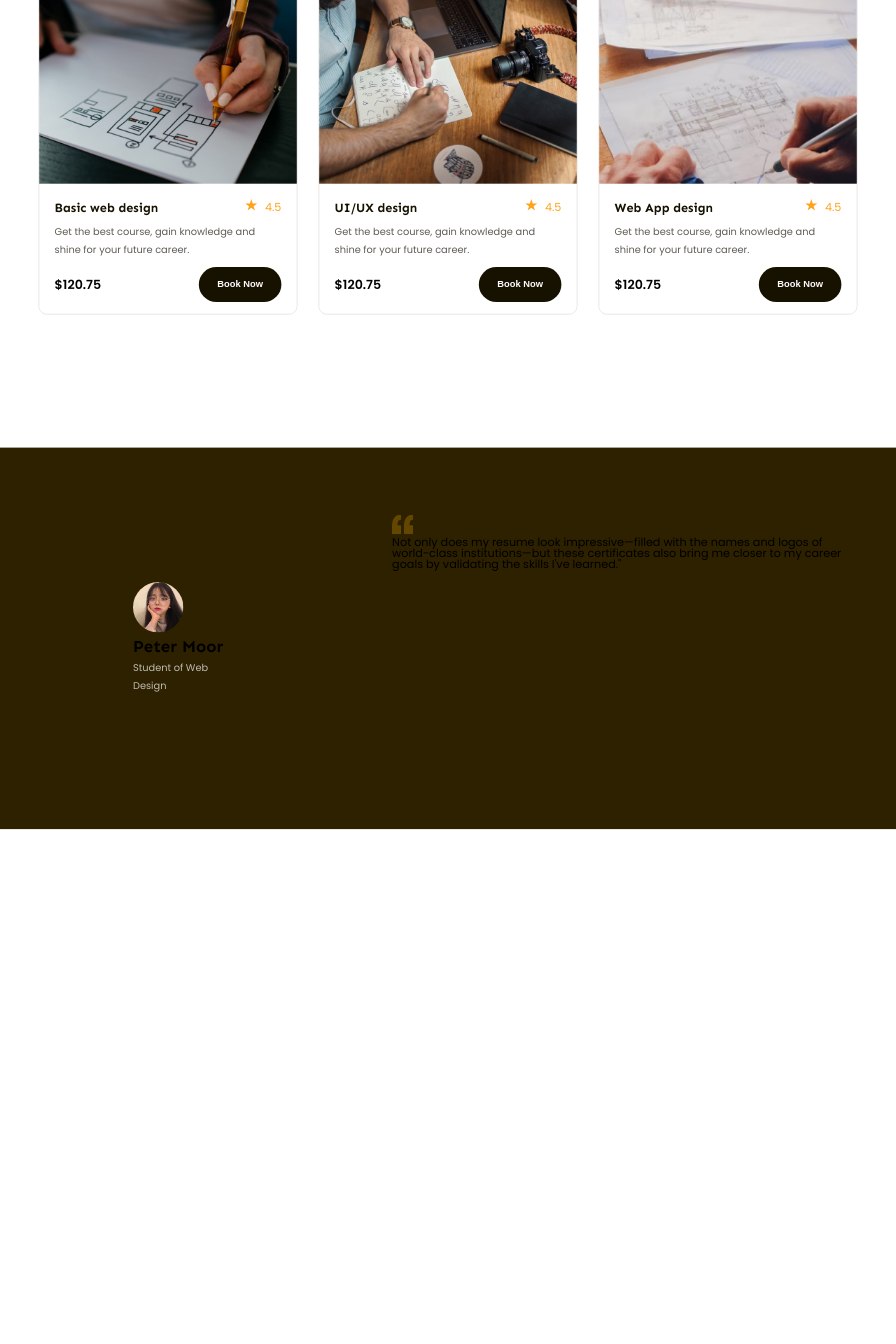
Repository: Toihoclaptrinh/duan1_figma
Page: index.html
These files come from the project's save history. The page is drawn as it stood at one moment and after the next save; the edit follows.
The browser window is 1280 px wide. The pictures show the part of the page from y = 1298 to 3218 px (the page is 10000 px tall), at 70% of full size.

Above is the page before, as saved 2024-02-09 23:41:45.

After the next save:
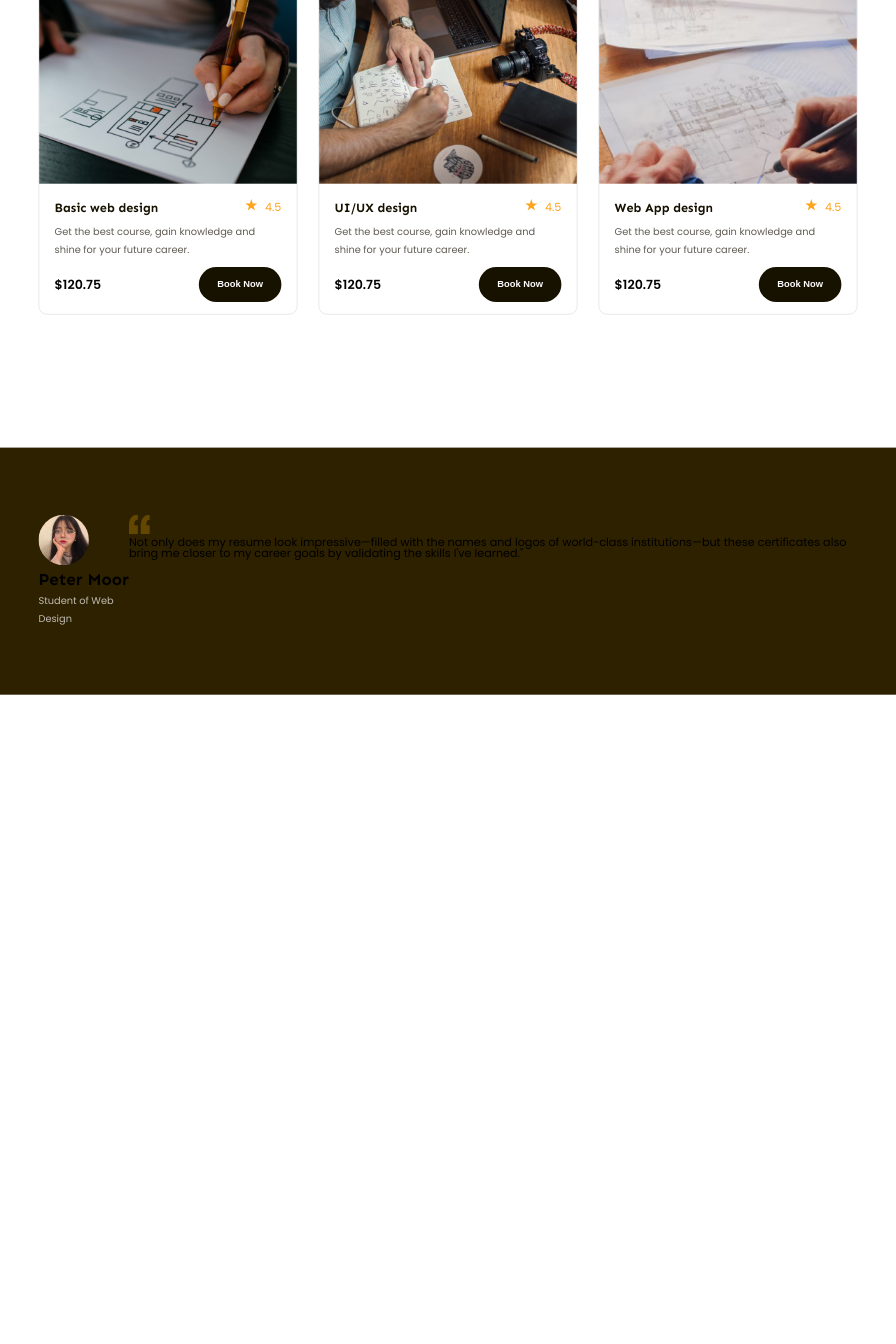
Saved 30 s later.
--- a/assets/css/style.css
+++ b/assets/css/style.css
@@ -421,7 +421,7 @@
 
 .feedback .info {
   width: 159px;
-  margin: 96px 241px 96px 135px;
+  /* margin: 96px 241px 96px 135px; */
 }
 
 .feedback .info .avatar {

After the save that followed:
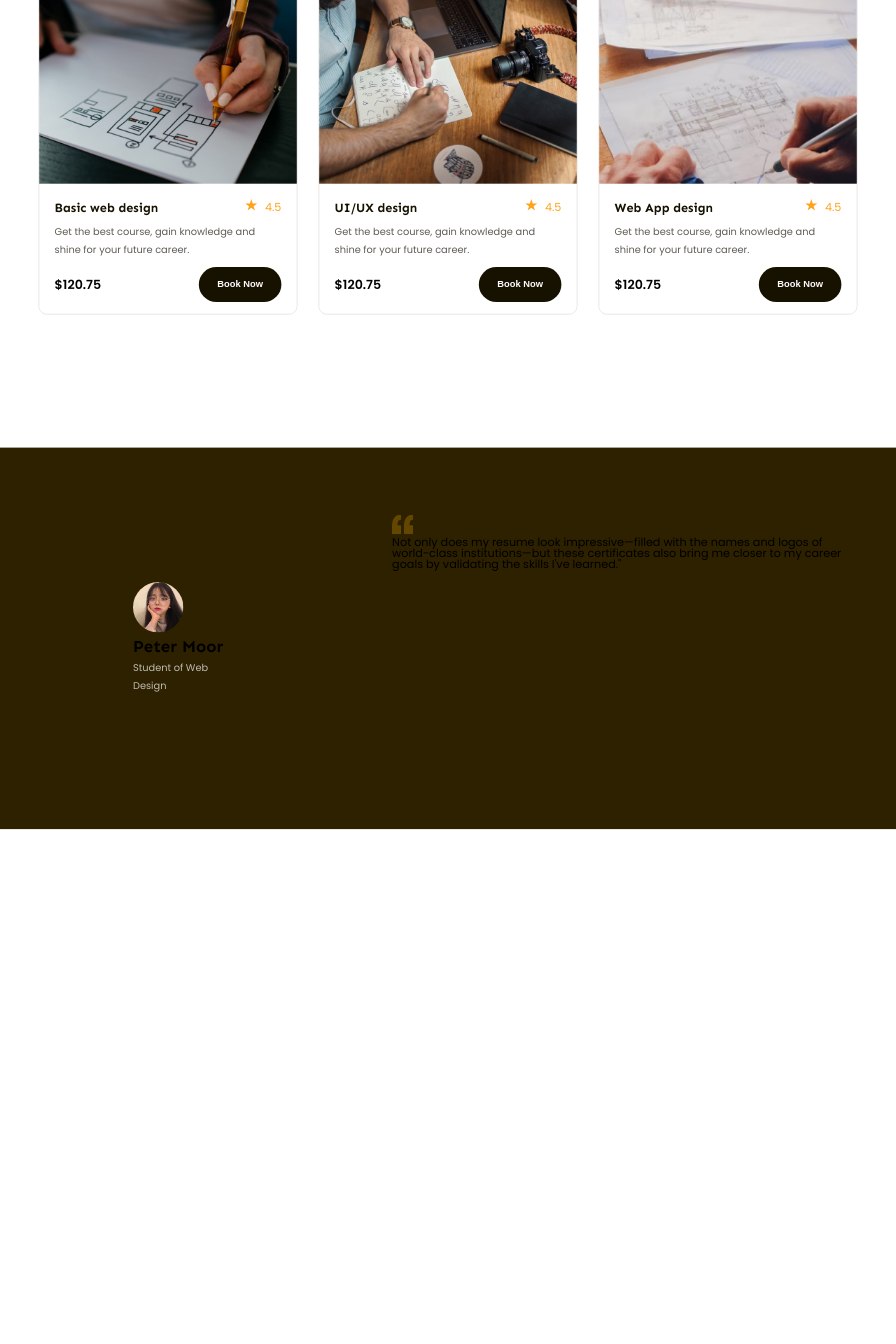
Saved 73 s later.
--- a/assets/css/style.css
+++ b/assets/css/style.css
@@ -421,7 +421,7 @@
 
 .feedback .info {
   width: 159px;
-  /* margin: 96px 241px 96px 135px; */
+  margin: 96px 241px 96px 135px;
 }
 
 .feedback .info .avatar {
